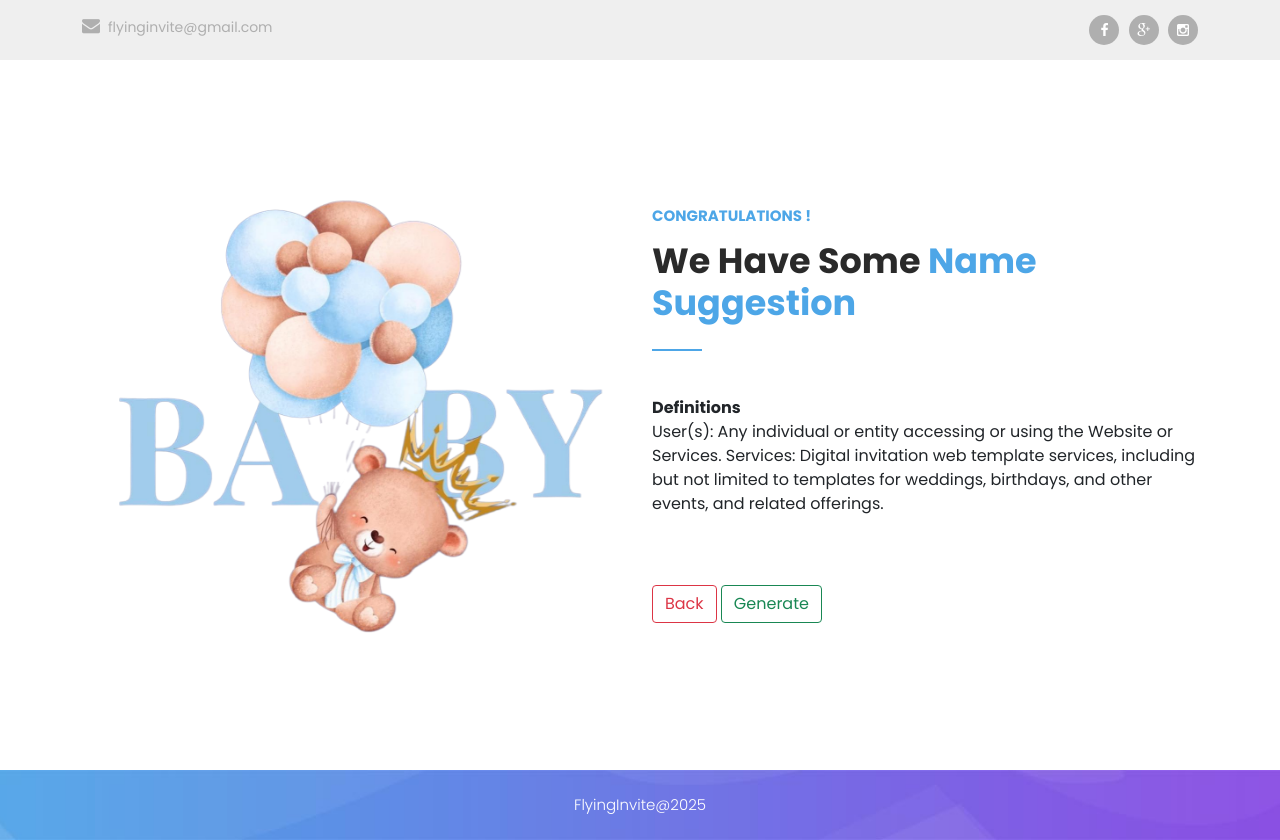
Repository: viraj7551/Flying-Invite-Project
Page: http://localhost/FlyingInvite/name_suggestor.jsp
These files come from the project's save history. The page is drawn as it stood at one moment and after the next save; the edit follows.
The browser window is 1280 px wide. The pictures show the whole page.
The page is served by Tomcat 9. Other server files are loaded and not shown.

Above is the page before, as saved 2025-04-20 08:06:25.

### FlyingInvite/WebContent/name_suggestor.jsp
<%@ page language="java" contentType="text/html; charset=ISO-8859-1"
    pageEncoding="ISO-8859-1"%>
<!DOCTYPE html>
<html>
<head>
  <meta charset="UTF-8">
  <meta name="viewport" content="width=device-width, initial-scale=1, shrink-to-fit=no">
  <meta name="description" content="">
  <meta name="author" content="">
  <link rel="preconnect" href="https://fonts.googleapis.com">
  <link rel="preconnect" href="https://fonts.gstatic.com" crossorigin>
  <link href="https://fonts.googleapis.com/css2?family=Poppins:wght@100;200;300;400;500;600;700;800;900&display=swap" rel="stylesheet">

  <title>Flying Invite | Name Suggestor</title>

  <!-- Bootstrap core CSS -->
  <link href="vendor/bootstrap/css/bootstrap.min.css" rel="stylesheet">


  <!-- Additional CSS Files -->
  <link rel="stylesheet" href="assets/css/fontawesome.css">
  <link rel="stylesheet" href="assets/css/app.css">
  <link rel="stylesheet" href="assets/css/animated.css">
  <link rel="stylesheet" href="assets/css/owl.css">
  <link rel="stylesheet" href="assets/css/style.css">

  <script async src="https://www.googletagmanager.com/gtag/js?id=G-DZ4MP44ET9"></script>
<script>
  window.dataLayer = window.dataLayer || [];
  function gtag(){dataLayer.push(arguments);}
  gtag('js', new Date());

  gtag('config', 'G-DZ4MP44ET9');
</script>


</head>
<body>
 <!-- ***** Preloader Start ***** -->
  <div id="js-preloader" class="js-preloader">
    <div class="preloader-inner">
      <span class="dot"></span>
      <div class="dots">
        <span></span>
        <span></span>
        <span></span>
      </div>
    </div>
  </div>

    <!-- ***** Preloader End ***** -->

  <!-- Pre-header Starts -->
  <div class="pre-header">
    <div class="container">
      <div class="row">
        <div class="col-lg-8 col-sm-8 col-7">
          <ul class="info">
            <li><a href="#"><i class="fa fa-envelope"></i>flyinginvite@gmail.com</a></li>
          </ul>
        </div>
        <div class="col-lg-4 col-sm-4 col-5">
          <ul class="social-media">
            <li><a href="https://www.facebook.com/profile.php?id=61567671551405" target="_blank"><i class="fa fa-facebook"></i></a></li>
            <li><a href="#"><i class="fa fa-google-plus"></i></a></li>
            <li><a href="https://www.instagram.com/flyinginvite/?igsh=Yjh6aXM5eHZ3a3Nt" target="_blank"><i class="fa fa-instagram"></i></a></li>
          </ul>
        </div>
      </div>
    </div>
  </div>
  <!-- Pre-header End -->

  <div id="about" class="about section">
    <div class="container">
      <div class="row">
        <div class="col-lg-12">
          <div class="row">
            <div class="col-lg-6">
              <div class="about-left-image  wow fadeInLeft" data-wow-duration="1s" data-wow-delay="0.5s">
                <img src="assets/images/name_suggestor.png" alt="mom with baby in her womb">
              </div>
            </div>
            <div class="col-lg-6 align-self-center  wow fadeInRight" data-wow-duration="1s" data-wow-delay="0.5s">
              <div class="about-right-content">
                <div class="section-heading">
                  <h6>Congratulations !</h6>
                  <h4>We have some <em>Name Suggestion</em></h4>
                  <div class="line-dec"></div>
                </div>

                <p>
                    <ul><strong>Definitions</strong>
                      <li>User(s): Any individual or entity accessing or using the Website or Services.
                        Services: Digital invitation web template services, including but not limited to templates for weddings, birthdays, and other events, and related offerings.
                      </li>
                    </ul> <br>
                </p>

              <a href="index.jsp" class="btn btn-outline-danger" role="button"> Back</a>
              <a href="#" class="btn btn-outline-success" role="button">Generate</a>

              </div>
            </div>
          </div>
        </div>
      </div>
    </div>
  </div>

  <footer>
    <div class="container">
      <div class="row">
        <div class="col-lg-12">
           <p>FlyingInvite@2025</p>
        </div>
      </div>
    </div>
  </footer>

  <!-- Scripts -->
  <script src="vendor/jquery/jquery.min.js"></script>
  <script src="vendor/bootstrap/js/bootstrap.bundle.min.js"></script>
  <script src="assets/js/owl-carousel.js"></script>
  <script src="assets/js/animation.js"></script>
  <script src="assets/js/imagesloaded.js"></script>
  <script src="assets/js/custom.js"></script>
  <script src="assets/js/app.js"></script>
</body>
</html>

### FlyingInvite/WebContent/assets/css/owl.css
/**
 * Owl Carousel v2.3.4
 * Copyright 2013-2018 David Deutsch
 * Licensed under: SEE LICENSE IN https://github.com/OwlCarousel2/OwlCarousel2/blob/master/LICENSE
 */
/*
 *  Owl Carousel - Core
 */
.owl-carousel {
  display: none;
  width: 100%;
  -webkit-tap-highlight-color: transparent;
  /* position relative and z-index fix webkit rendering fonts issue */
  position: relative;
  z-index: 1; }
  .owl-carousel .owl-stage {
    position: relative;
    -ms-touch-action: pan-Y;
    touch-action: manipulation;
    -moz-backface-visibility: hidden;
    /* fix firefox animation glitch */ }
  .owl-carousel .owl-stage:after {
    content: ".";
    display: block;
    clear: both;
    visibility: hidden;
    line-height: 0;
    height: 0; }
  .owl-carousel .owl-stage-outer {
    position: relative;
    overflow: hidden;
    /* fix for flashing background */
    -webkit-transform: translate3d(0px, 0px, 0px); }
  .owl-carousel .owl-wrapper,
  .owl-carousel .owl-item {
    -webkit-backface-visibility: hidden;
    -moz-backface-visibility: hidden;
    -ms-backface-visibility: hidden;
    -webkit-transform: translate3d(0, 0, 0);
    -moz-transform: translate3d(0, 0, 0);
    -ms-transform: translate3d(0, 0, 0); }
  .owl-carousel .owl-item {
    position: relative;
    min-height: 1px;
    float: left;
    -webkit-backface-visibility: hidden;
    -webkit-tap-highlight-color: transparent;
    -webkit-touch-callout: none; }
  .owl-carousel .owl-item img {
    display: block;
    width: 100%; }
  .owl-carousel .owl-nav.disabled,
  .owl-carousel .owl-dots.disabled {
    display: none; }
  .owl-carousel .owl-nav .owl-prev,
  .owl-carousel .owl-nav .owl-next,
  .owl-carousel .owl-dot {
    cursor: pointer;
    -webkit-user-select: none;
    -khtml-user-select: none;
    -moz-user-select: none;
    -ms-user-select: none;
    user-select: none; }
  .owl-carousel .owl-nav button.owl-prev,
  .owl-carousel .owl-nav button.owl-next,
  .owl-carousel button.owl-dot {
    background: none;
    color: inherit;
    border: none;
    padding: 0 !important;
    font: inherit; }
  .owl-carousel.owl-loaded {
    display: block; }
  .owl-carousel.owl-loading {
    opacity: 0;
    display: block; }
  .owl-carousel.owl-hidden {
    opacity: 0; }
  .owl-carousel.owl-refresh .owl-item {
    visibility: hidden; }
  .owl-carousel.owl-drag .owl-item {
    -ms-touch-action: pan-y;
        touch-action: pan-y;
    -webkit-user-select: none;
    -moz-user-select: none;
    -ms-user-select: none;
    user-select: none; }
  .owl-carousel.owl-grab {
    cursor: move;
    cursor: grab; }
  .owl-carousel.owl-rtl {
    direction: rtl; }
  .owl-carousel.owl-rtl .owl-item {
    float: right; }

/* No Js */
.no-js .owl-carousel {
  display: block; }

/*
 *  Owl Carousel - Animate Plugin
 */
.owl-carousel .animated {
  animation-duration: 1000ms;
  animation-fill-mode: both; }

.owl-carousel .owl-animated-in {
  z-index: 0; }

.owl-carousel .owl-animated-out {
  z-index: 1; }

.owl-carousel .fadeOut {
  animation-name: fadeOut; }

@keyframes fadeOut {
  0% {
    opacity: 1; }
  100% {
    opacity: 0; } }

/*
 * 	Owl Carousel - Auto Height Plugin
 */
.owl-height {
  transition: height 500ms ease-in-out; }

/*
 * 	Owl Carousel - Lazy Load Plugin
 */
.owl-carousel .owl-item {
  /**
			This is introduced due to a bug in IE11 where lazy loading combined with autoheight plugin causes a wrong
			calculation of the height of the owl-item that breaks page layouts
		 */ }
  .owl-carousel .owl-item .owl-lazy {
    opacity: 0;
    transition: opacity 400ms ease; }
  .owl-carousel .owl-item .owl-lazy[src^=""], .owl-carousel .owl-item .owl-lazy:not([src]) {
    max-height: 0; }
  .owl-carousel .owl-item img.owl-lazy {
    transform-style: preserve-3d; }

/*
 * 	Owl Carousel - Video Plugin
 */
.owl-carousel .owl-video-wrapper {
  position: relative;
  height: 100%;
  background: #000; }

.owl-carousel .owl-video-play-icon {
  position: absolute;
  height: 80px;
  width: 80px;
  left: 50%;
  top: 50%;
  margin-left: -40px;
  margin-top: -40px;
  background: url("owl.video.play.png") no-repeat;
  cursor: pointer;
  z-index: 1;
  -webkit-backface-visibility: hidden;
  transition: transform 100ms ease; }

.owl-carousel .owl-video-play-icon:hover {
  -ms-transform: scale(1.3, 1.3);
      transform: scale(1.3, 1.3); }

.owl-carousel .owl-video-playing .owl-video-tn,
.owl-carousel .owl-video-playing .owl-video-play-icon {
  display: none; }

.owl-carousel .owl-video-tn {
  opacity: 0;
  height: 100%;
  background-position: center center;
  background-repeat: no-repeat;
  background-size: contain;
  transition: opacity 400ms ease; }

.owl-carousel .owl-video-frame {
  position: relative;
  z-index: 1;
  height: 100%;
  width: 100%; }

### FlyingInvite/WebContent/assets/css/style.css
/* Aligns the heading text to the center. */

h1 {
    text-align: center;
  }

  /* Sets the width for the accordion. Sets the margin to 90px on the top and bottom and auto to the left and right */
.accordion-body{
    margin-top: 100px;
}


.navigate_section{
    margin: 90px auto;
}

#navigateHeader{
  display: none;
}
#navigateBtn{
  padding: 20px;
  background-color: #213448;
  color: #fff;
  margin-left: 350px;
  margin-top: 170px;
  margin-bottom: 170px;
  border-radius: 5px;
  width: max-content;
}
.blink_me{
  animation: blinker 1s linear infinite;
}

@keyframes blinker {
  50% {
    opacity: 0;
  }
}

#coming_soon_header{
  padding: 20px;
  color: #213448;
  margin-left: 350px;
  margin-top: 170px;
  margin-bottom: 170px;
  border-radius: 5px;
  width: max-content;
}

#navigateBtn:hover {
   background-color: #27548A;
}

  .accordion {
    width: 800px;
    margin: 90px auto;
    color: black;
    background-color: white;
    padding: 45px 45px;
  }

  .accordion .container {
    position: relative;
    margin: 10px 10px;
  }

  /* Positions the labels relative to the .container. Adds padding to the top and bottom and increases font size. Also makes its cursor a pointer */

  .accordion .label {
    position: relative;
    padding: 10px 0;
    font-size: 24px;
    color: black;
    cursor: pointer;
  }

  /* Positions the plus sign 5px from the right. Centers it using the transform property. */

.accordion .label::before {
    content: '+';
    color: black;
    position: absolute;
    top: 50%;
    right: -5px;
    font-size: 24px;
    transform: translateY(-50%);
  }

  /* Hides the content (height: 0), decreases font size, justifies text and adds transition */

  .accordion .content {
    position: relative;
    background: white;
    height: 0;
    font-size: 16px;
    text-align: justify;
    width: 780px;
    overflow: hidden;
    transition: 0.5s;
  }

  /* Adds a horizontal line between the contents */

  .accordion hr {
    width: 100;
    margin-left: 0;
    border: 1px solid grey;
  }

  /* Unhides the content part when active. Sets the height */

.accordion .container.active .content {
    height: 90px;
  }




  /* Changes from plus sign to negative sign once active */

  .accordion .container.active .label::before {
    content: '-';
    font-size: 30px;
  }


 @media (max-width: 1200px) {
    #navigateBtn{
      margin-left: 180px;
     }
  }

 @media only screen and (max-width: 1024px) {
    #coming_soon_header{
      margin-left: 180px;
    }
}

 @media only screen and (max-width: 1180px) {
    #coming_soon_header{
      margin-left: 180px;
    }
  }


  @media (max-width: 992px) {


    .accordion .container.active .content{
      width: auto;
      height: 100px;
    }

    #navigateBtn{
    margin-left: 55px;
   }
  }

   @media only screen and (max-width: 932px) and (min-width: 740px){
  #navigateBtn{
    margin-left: 135px;
   }

   #navigateHeader{
    display: block;
    margin-left: 110px;
  }
  #coming_soon_header{
    margin-left: 110px;
  }
 }



  @media (max-width: 767px){

    .accordion{
        width: auto;
    }
    .accordion .label {
        font-size: 16px;
      }

      .accordion .content {
        font-size: 14px;
        text-align: justify;
        width: 200px;
        overflow: hidden;
      }

      #navigateHeader{
        display: block;
        margin-left: 20px;
      }

      #coming_soon_header{
        margin-left: 20px;
      }
  }

    @media only screen and (max-width: 360px){
      #navigateHeader{
        display: block;
        margin-left: 60px;
      }
  }

Loaded but not shown: FlyingInvite/WebContent/assets/css/fontawesome.css (library); FlyingInvite/WebContent/assets/css/animated.css (common file); FlyingInvite/WebContent/assets/js/owl-carousel.js (3448 lines, source omitted); FlyingInvite/WebContent/assets/js/imagesloaded.js (496 lines, source omitted); FlyingInvite/WebContent/assets/js/animation.js (193 lines, source omitted); FlyingInvite/WebContent/assets/js/custom.js (172 lines, source omitted); FlyingInvite/WebContent/assets/js/app.js (7 lines, source omitted); FlyingInvite/WebContent/assets/css/app.css (2123 lines, source omitted)

After the next save:
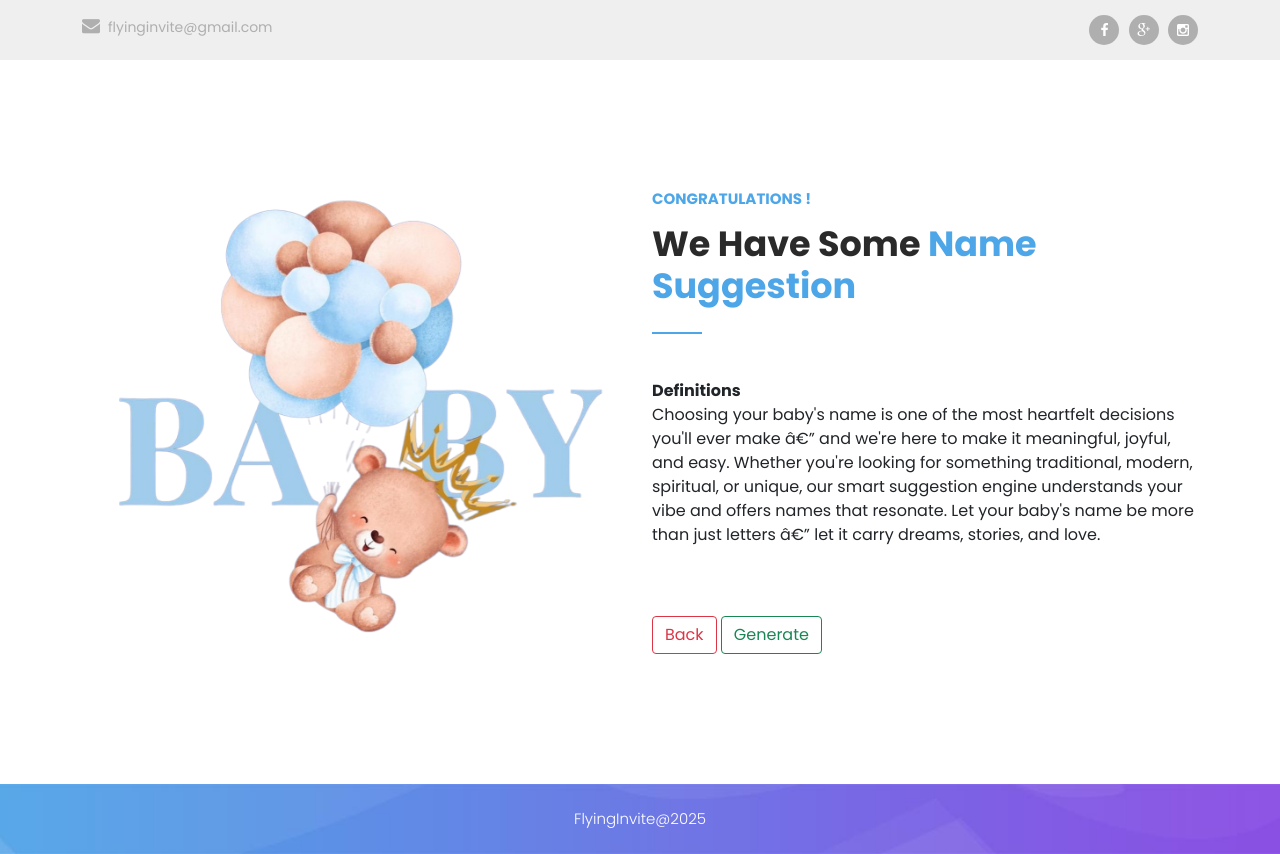
Saved 42 min 45 s later.
--- a/FlyingInvite/WebContent/name_suggestor.jsp
+++ b/FlyingInvite/WebContent/name_suggestor.jsp
@@ -91,8 +91,9 @@
 
                 <p>
                     <ul><strong>Definitions</strong>
-                      <li>User(s): Any individual or entity accessing or using the Website or Services.
-                        Services: Digital invitation web template services, including but not limited to templates for weddings, birthdays, and other events, and related offerings.
+                      <li>Choosing your baby's name is one of the most heartfelt decisions you'll ever make — and we're here to make it meaningful, joyful, and easy. Whether you're looking for something traditional, modern, spiritual, or unique, our smart suggestion engine understands your vibe and offers names that resonate.
+
+Let your baby's name be more than just letters — let it carry dreams, stories, and love.
                       </li>
                     </ul> <br>
                 </p>
